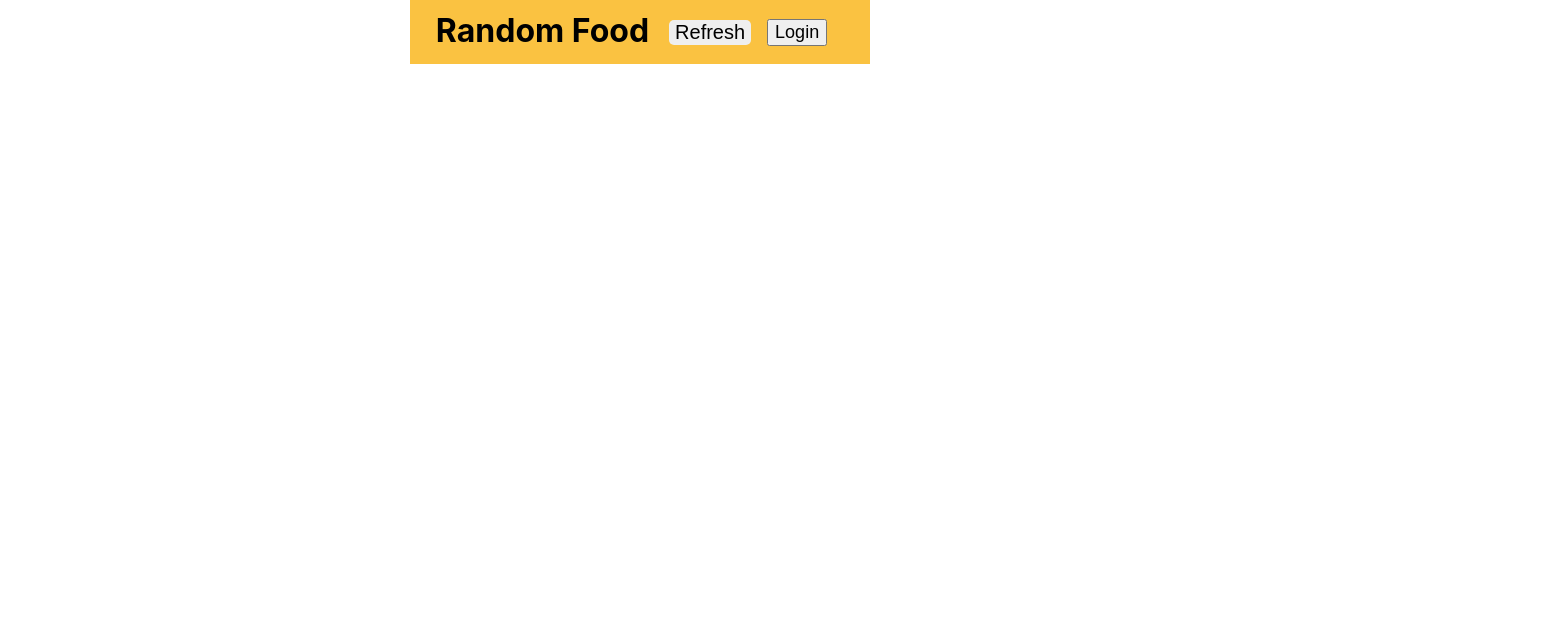
Repository: limjoohyun2030/random-food
Page: /random-food/home
These files come from the project's save history. The page is drawn as it stood at one moment and after the next save; the edit follows.
The browser window is 1280 px wide. The page is 1280 px wide, then 1562 px, then 1280 px, so the pictures cover 1562 px, including what lies to the right of the window. The pictures show the whole page.
The page's requests for data from a server got no answer. The project was rebuilt for these pictures with package versions that can differ from the ones it lists, and the page was loaded fresh each time. A package was used in the major version that the imports need, not the one package.json lists. No one was signed in, and anything a server would have sent is missing. Also part of the build but not shown: src/components/food_detail/food_detail.module.css, src/components/food_detail/food_detail.jsx, src/components/food_item/food_item.module.css, src/components/food_item/food_item.jsx, src/components/login/login.module.css, src/components/login/login.jsx.

Above is the page before, as saved 2021-11-11 17:34:51.

### public/index.html
<!DOCTYPE html>
<html lang="en">
  <head>
    <meta charset="utf-8" />
    <link rel="icon" href="/images/foodIcon.ico" />
    <meta name="viewport" content="width=device-width, initial-scale=1" />
    <meta name="theme-color" content="#000000" />
    <meta
      name="description"
      content="Web site created using create-react-app"
    />

    <title>Random Food</title>
  </head>
  <body>
    <noscript>You need to enable JavaScript to run this app.</noscript>
    <div id="root"></div>
  </body>
</html>

### src/index.js
import React from "react";
import ReactDOM from "react-dom";
import "./index.css";
import App from "./app";
import AuthService from "./service/auth_service";

const authService = new AuthService();

ReactDOM.render(
  <React.StrictMode>
    <App authService={authService} />
  </React.StrictMode>,
  document.getElementById("root")
);

### src/index.css
body {
  margin: 0;
  padding: 0;
  font-family: -apple-system, BlinkMacSystemFont, "Segoe UI", "Roboto", "Oxygen",
    "Ubuntu", "Cantarell", "Fira Sans", "Droid Sans", "Helvetica Neue",
    sans-serif;
  -webkit-font-smoothing: antialiased;
  -moz-osx-font-smoothing: grayscale;
}

code {
  font-family: source-code-pro, Menlo, Monaco, Consolas, "Courier New",
    monospace;
}

* {
  box-sizing: border-box;
}

#root {
  display: flex;
  justify-content: center;
}

### src/app.jsx
import { useEffect, useState, useRef } from "react";
import { BrowserRouter, Route, Switch } from "react-router-dom";
import styles from "./app.module.css";
import FoodDetail from "./components/food_detail/food_detail";
import FoodList from "./components/food_list/food_list";
import Header from "./components/header/header";
import Login from "./components/login/login";


function App({ authService }) {
  const ref = useRef();
  const [foods, setFoods] = useState([]);
  const [isSelectedFood, setIsSelectedFood] = useState();
  const [isFoodOpen, setIsFoodOpen] = useState(false);
  const [isRefresh, setIsRefresh] = useState(false);

  const selectFood = (food) => {
    setIsSelectedFood(food);
  };

  const onRefreshClick = () => {
    setIsRefresh((oldstate) => !oldstate);
  };

  useEffect(() => {
    const myHeaders = new Headers();
    myHeaders.append("Content-Type", "application/json");

    const requestOptions = {
      method: "GET",
      headers: myHeaders,
      redirect: "follow",
    };

    fetch(
      "https://api.spoonacular.com/recipes/random?number=4&apiKey=92cedfb0b9e844679738e6c6c90cd453",
      requestOptions
    )
      .then((response) => response.json())
      .then((result) => setFoods(result.recipes))
      .catch((error) => console.log("error", error));
  }, [isRefresh]);

  useEffect(() => {
    const checkIfClickedOutside = (e) => {
      if (isFoodOpen && ref.current && !ref.current.contains(e.target)) {
        setIsFoodOpen(false);
      }
    };

    document.addEventListener("mousedown", checkIfClickedOutside);

    return () => {
      document.removeEventListener("mousedown", checkIfClickedOutside);
    };
  }, [isFoodOpen]);

  return (
    <div className={styles.app}>
      <BrowserRouter>
        <Switch>
          <Route
            exact
            path="/random-food/"
            render={() => <Login authService={authService} />}
          />

          <Route
            path="/random-food/home"
            render={() => (
              <div>
                <Header onRefreshClick={onRefreshClick} />
                <section>
                  <div className={styles.detail}>
                    {isFoodOpen && <FoodDetail food={isSelectedFood} />}
                  </div>

                  <div
                    className={styles.list}
                    onClick={() => setIsFoodOpen((oldstate) => !oldstate)}
                  >
                    <FoodList
                      foods={foods}
                      onFoodClick={selectFood}
                      ref={ref}
                    />
                  </div>
                </section>
              </div>
            )}
          />
          <Route path="*">
            <h2>Page Not Found</h2>
          </Route>
        </Switch>
      </BrowserRouter>
    </div>
  );
}

export default App;

### src/service/auth_service.js
import firebase from "firebase";
import firebaseApp from "./firebase";

class AuthService {
  login() {
    const authProvider = new firebase.auth.GoogleAuthProvider();
    return firebaseApp.auth().signInWithPopup(authProvider);
  }
}

export default AuthService;

### src/app.module.css
/* @value makerLightOrange from './common/colors.css'; */

.app {
  max-width: 100rem;
  /* background-image: url("https://image.freepik.com/free-photo/spaghetti-with-spicy-mixed-seafood-dark-background_1150-45297.jpg"); */
  background-repeat: no-repeat;
  background-size: 100vw 100vh;
}

.content {
  position: relative;
}

.detail {
  z-index: 2;
  /* margin: auto 0; */
  margin-top: 1em;
  height: 520px;
  width: auto;
  position: absolute;
  background-color: #dfe08e;
}

.list {
  /* visibility: hidden; */
  z-index: 1;
}

### src/components/food_list/food_list.jsx
import React from "react";
import FoodItem from "../food_item/food_item";
import styles from "./food_list.module.css";

const FoodList = React.forwardRef(({ foods, onFoodClick }, ref) => {
  return (
    <section className={styles.foodBox}>
      {/* <div className={styles.sidebarLeft}>AD</div> */}
      <ul className={styles.foods}>
        {foods &&
          foods.map((food) => (
            <FoodItem
              key={food.id}
              food={food}
              onFoodClick={onFoodClick}
              ref={ref}
            />
          ))}
      </ul>
      {/* <div className={styles.sidebarRight}>AD</div> */}
    </section>
  );
});

export default FoodList;

### src/components/header/header.jsx
import styles from "./header.module.css";
import React from "react";

const Header = ({ onRefreshClick }) => {
  return (
    <header className={styles.header}>
      <div className={styles.leftbox}>
        {/* <img
          className={styles.foodIcon}
          src="https://github.com/Sweetpotatopizza/random-food/blob/main/public/images/reloadIcon.png"
          alt="logo"
        /> */}
        <h1 className={styles.title}>Random Food</h1>
        <button className={styles.reloadBox} onClick={onRefreshClick}>
          Refresh
          {/* <img
            className={styles.reloadBtn}
            src="/images/reload.png"
            alt="reload"
          /> */}
        </button>
      </div>
      {/* fontawesome needed */}
      <div className={styles.rightbox}>
        {/* <button className={styles.like}>Like</button> */}
        <button className={styles.login}>Login</button>
      </div>
    </header>
  );
};

export default Header;

### src/service/firebase.js
// Import the functions you need from the SDKs you need
// import { initializeApp } from "firebase/app";
import firebase from "firebase";

// TODO: Add SDKs for Firebase products that you want to use
// https://firebase.google.com/docs/web/setup#available-libraries

// Your web app's Firebase configuration
// For Firebase JS SDK v7.20.0 and later, measurementId is optional
const firebaseConfig = {
  apiKey: process.env.REACT_APP_FIREBASE_API_KEY,
  authDomain: process.env.REACT_APP_FIREBASE_AUTH_DOMAIN,
  databaseURL: process.env.REACT_APP_FIREBASE_DB_URL,
  projectId: process.env.REACT_APP_FIREBASE_PROJECT_ID,
  appId: process.env.REACT_APP_FIREBASE_APP_ID,
};

// console.log(process.env.REACT_APP_FIREBASE_API_KEY);
// Initialize Firebase
const firebaseApp = firebase.initializeApp(firebaseConfig);
export default firebaseApp;

### src/components/food_list/food_list.module.css
.foodBox {
  display: flex;
}

.foods {
  display: flex;
  flex-wrap: wrap;
  list-style: none;
  justify-content: center;
  align-items: center;
  width: 90%;
  margin: 1em auto;
  padding: 0;
  position: relative;
}

.sidebarLeft {
  margin-top: 1em;
  margin-left: 0.5em;
  background-color: chartreuse;
  font-size: 3em;
  width: 10%;
  cursor: blocked;
  position: relative;
}

.sidebarLeft::after {
  position: absolute;
  z-index: 2;
}

.sidebarRight {
  margin-top: 1em;
  margin-right: 0.5em;
  background-color: chartreuse;
  font-size: 3em;
  width: 10%;
  cursor: blocked;
  position: relative;
}

.sidebarRight::after {
  position: absolute;
  z-index: 2;
}

@media screen and (max-width: 769px) {
  .foods {
    flex-direction: column;
    flex-wrap: nowrap;
    width: 100%;
  }
}

### src/components/header/header.module.css
/* @value makerOrange from '../../common/colors.css'; */

.header {
  display: flex;
  height: 4rem;
  padding: 0.8em 1em;
  background-color: #fac241;
  align-items: center;
  justify-content: space-between;
}

.leftbox {
  display: flex;
  align-items: center;
  margin-right: 1em;
}

.title {
  margin-top: 19px;
  margin-left: 10px;
}

.foodIcon {
  width: 50px;
  height: 50px;
}

.reloadBox {
  font-size: 20px;
  border-radius: 5px;
  border: none;
  margin-left: 1em;
  transition: transform 200ms ease-in-out;
}

.reloadBox:hover {
  cursor: pointer;
  transform: scale(1.07);
}

.reloadBtn {
  width: 40px;
  height: 40px;
}

.reloadBtn:hover {
  cursor: pointer;
  animation-name: spin;
  animation-duration: 2000ms;
  animation-iteration-count: infinite;
  animation-timing-function: linear;
}

@keyframes spin {
  from {
    transform: rotate(0deg);
  }
  to {
    transform: rotate(360deg);
  }
}

.like {
  margin-right: 1.5em;
  font-size: large;
  cursor: pointer;
  transition: transform 200ms ease-in-out;
}

.like:hover {
  transform: scale(1.07);
}

.login {
  margin-right: 1.5em;
  font-size: large;
  cursor: pointer;
}

After the next save:
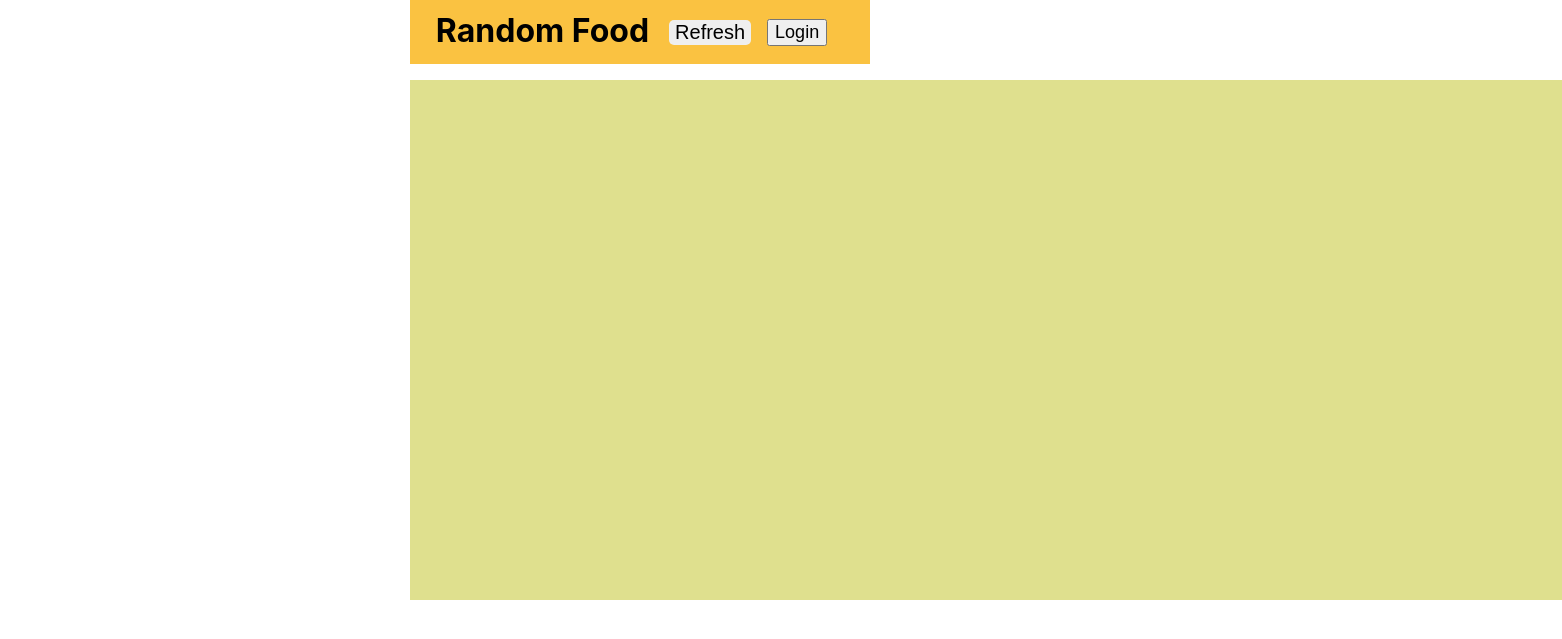
Saved 19 s later.
--- a/src/app.module.css
+++ b/src/app.module.css
@@ -16,7 +16,7 @@
   /* margin: auto 0; */
   margin-top: 1em;
   height: 520px;
-  width: auto;
+  width: 90%;
   position: absolute;
   background-color: #dfe08e;
 }

After the save that followed:
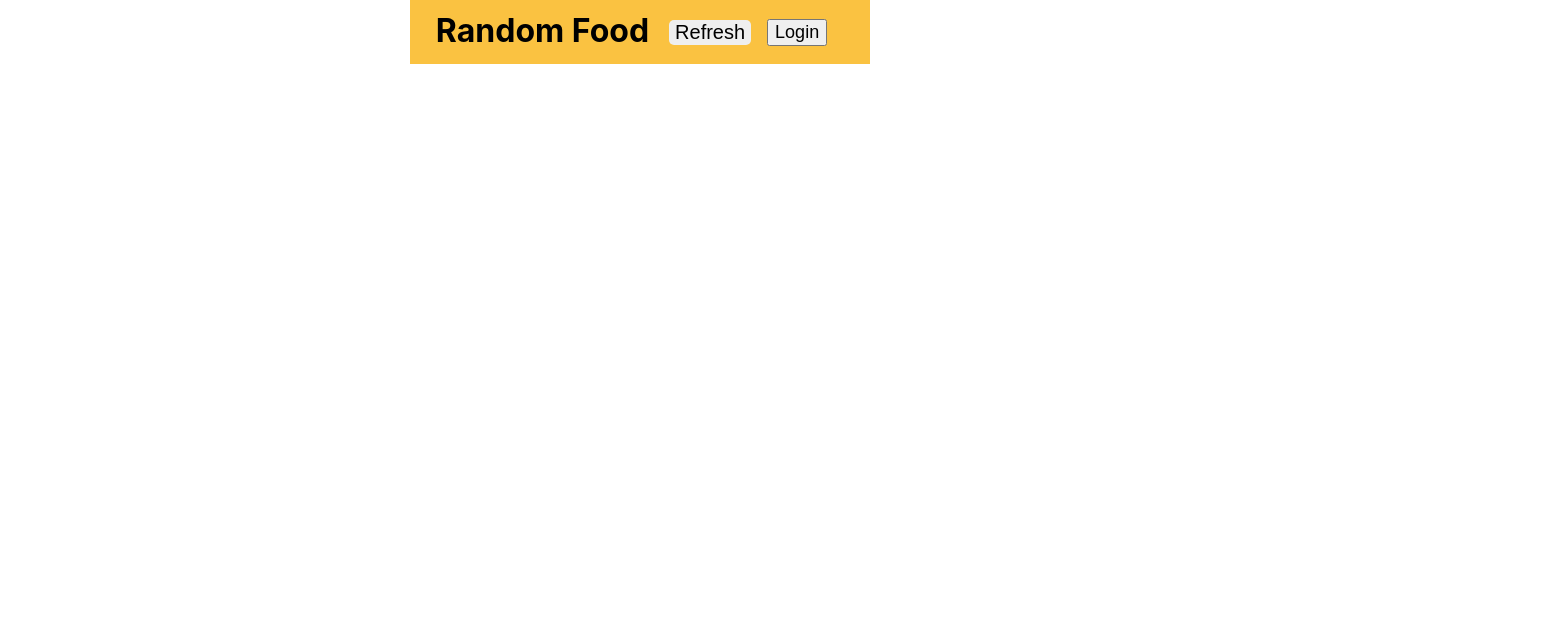
Saved 5 s later.
--- a/src/app.module.css
+++ b/src/app.module.css
@@ -16,7 +16,7 @@
   /* margin: auto 0; */
   margin-top: 1em;
   height: 520px;
-  width: 90%;
+  width: auto;
   position: absolute;
   background-color: #dfe08e;
 }
